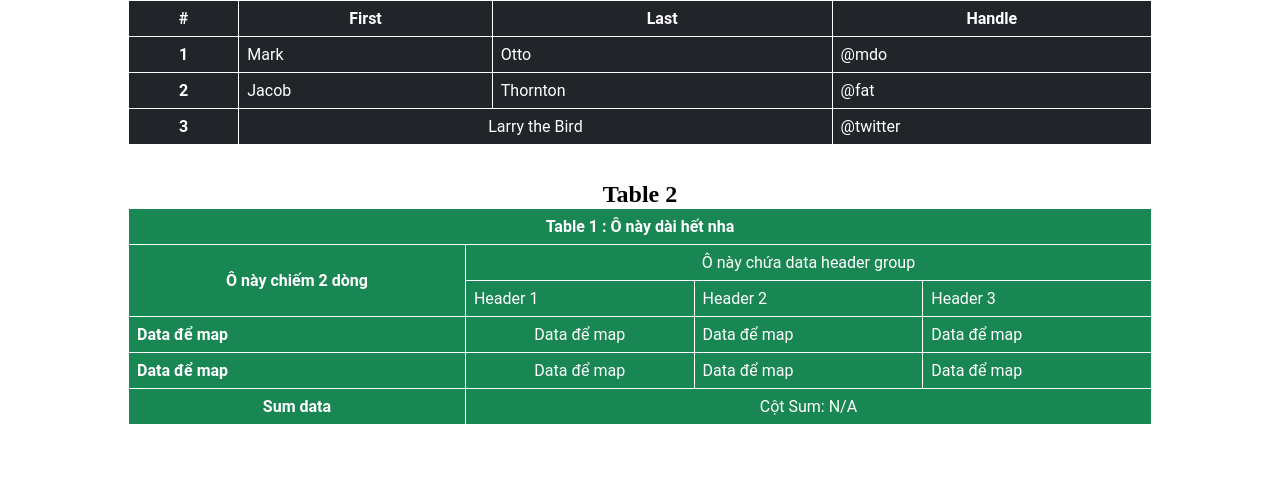
Repository: ThuatDev/BTVN_FE_JUNE
Page: index.html
An editor plug-in stored every save of this project. The page is shown before and after the next save, followed by the edit.
The browser window is 1280 px wide. The pictures show the whole page.

Above is the page before, as saved 2023-08-02 15:42:53.

### index.html
<!DOCTYPE html>
<html lang="en">
  <head>
    <meta charset="UTF-8" />
    <meta name="viewport" content="width=device-width, initial-scale=1.0" />
    <!-- <link
      href="https://cdn.jsdelivr.net/npm/bootstrap@5.0.2/dist/css/bootstrap.min.css"
      rel="stylesheet"
    /> -->
    <title>Document</title>
    <style>
      /* Reset CSS cho tất cả các phần tử */
      * {
        margin: 0;
        padding: 0;
        box-sizing: border-box;
      }

      /* Đặt màu nền và màu chữ cho bảng */
      .bg-dark {
        background-color: #212529;
      }
      .text-white {
        color: #fff;
      }

      /* Đặt font và kích thước chữ cho bảng */
      .table {
        font-family: "Roboto", sans-serif;
        font-size: 16px;
        font-weight: normal;
      }

      /* Áp dụng font-weight "bold" cho các thẻ <th> */
      .table th {
        font-weight: bold;
      }

      /* Đặt border cho bảng */
      .table {
        border-collapse: collapse;
      }

      /* Đặt border và padding cho thẻ <th> và <td> */
      .table th,
      .table td {
        border: 1px solid #fff;
        padding: 8px;
      }

      /* Đặt padding cho thẻ <th> trong thead */
      .table thead th {
        padding: 8px;
      }

      /* Bao bọc bảng trong một container để sử dụng flexbox */
      .table-container {
        display: flex;
        justify-content: center; /* Căn giữa bảng trong màn hình */
      }

      /* Áp dụng chiều rộng 80% cho bảng */
      .table {
        width: 80%;
        margin: 0 auto;
      }
      /* css bang 2  */

      .bg-success {
        background-color: #198754;
      }
      .text-white {
        color: #fff;
      }

      /* Đặt font và kích thước chữ cho bảng */
      .table {
        font-family: "Roboto", sans-serif;
        font-size: 16px;
        font-weight: normal;
      }

      /* Áp dụng font-weight "bold" cho các thẻ <th> */
      .table th {
        font-weight: bold;
      }

      /* Đặt border cho bảng */
      .table {
        border-collapse: collapse;
      }

      /* Đặt border và padding cho thẻ <th> và <td> */
      .table th,
      .table td {
        border: 1px solid #fff;
        padding: 8px;
      }

      /* Đặt padding cho thẻ <th> có rowspan và colspan */
      .table th[colspan],
      .table th[rowspan],
      .table td[colspan],
      .table td[rowspan] {
        padding: 8px;
      }

      /* Đặt padding cho thẻ <td> có colspan */
      .table td[colspan] {
        padding: 8px;
        text-align: center; /* Căn giữa văn bản trong ô có colspan */
      }

      /* Đặt padding cho thẻ <th> trong thead */
      .table thead th {
        padding: 8px;
        text-align: center; /* Căn giữa văn bản trong ô có colspan */
      }

      /* Bao bọc bảng trong một container để sử dụng flexbox */
      .table-container {
        display: flex;
        justify-content: center; /* Căn giữa bảng theo chiều ngang */
        align-items: center; /* Căn giữa bảng theo chiều dọc */
      }

      /* Áp dụng chiều rộng 80% cho bảng */
      .table {
        width: 80%;
      }
      .table-left {
        text-align: left;
      }
    </style>
  </head>
  <body>
    <div class="table-container">
      <table class="table text-white table-bordered bg-dark">
        <thead>
          <tr>
            <th scope="col">#</th>
            <th scope="col">First</th>
            <th scope="col">Last</th>
            <th scope="col">Handle</th>
          </tr>
        </thead>
        <tbody>
          <tr>
            <th scope="row">1</th>
            <td>Mark</td>
            <td>Otto</td>
            <td>@mdo</td>
          </tr>
          <tr>
            <th scope="row">2</th>
            <td>Jacob</td>
            <td>Thornton</td>
            <td>@fat</td>
          </tr>
          <tr>
            <th scope="row">3</th>
            <td colspan="2">Larry the Bird</td>
            <td>@twitter</td>
          </tr>
        </tbody>
      </table>
    </div>
    <br />
    <br />
    <h2 style="text-align: center">Table 2</h2>
    <table class="table text-white table-bordered bg-success">
      <thead>
        <tr>
          <th scope="col" colspan="12" class="text-center">
            Table 1 : Ô này dài hết nha
          </th>
        </tr>
      </thead>
      <tbody>
        <tr>
          <th scope="row" rowspan="2">Ô này chiếm 2 dòng</th>
          <td colspan="3" class="text-center">Ô này chứa data header group</td>
        </tr>
        <tr>
          <td>Header 1</td>
          <td>Header 2</td>
          <td>Header 3</td>
        </tr>
        <tr class="table-left">
          <th scope="row">Data để map</th>
          <td colspan="1">Data để map</td>
          <td>Data để map</td>
          <td>Data để map</td>
        </tr>
        <tr class="table-left">
          <th scope="row">Data để map</th>
          <td colspan="1">Data để map</td>
          <td>Data để map</td>
          <td>Data để map</td>
        </tr>
        <tr>
          <th scope="row">Sum data</th>
          <td colspan="12" class="text-center">Cột Sum: N/A</td>
        </tr>
      </tbody>
    </table>
  </body>
</html>

After the next save:
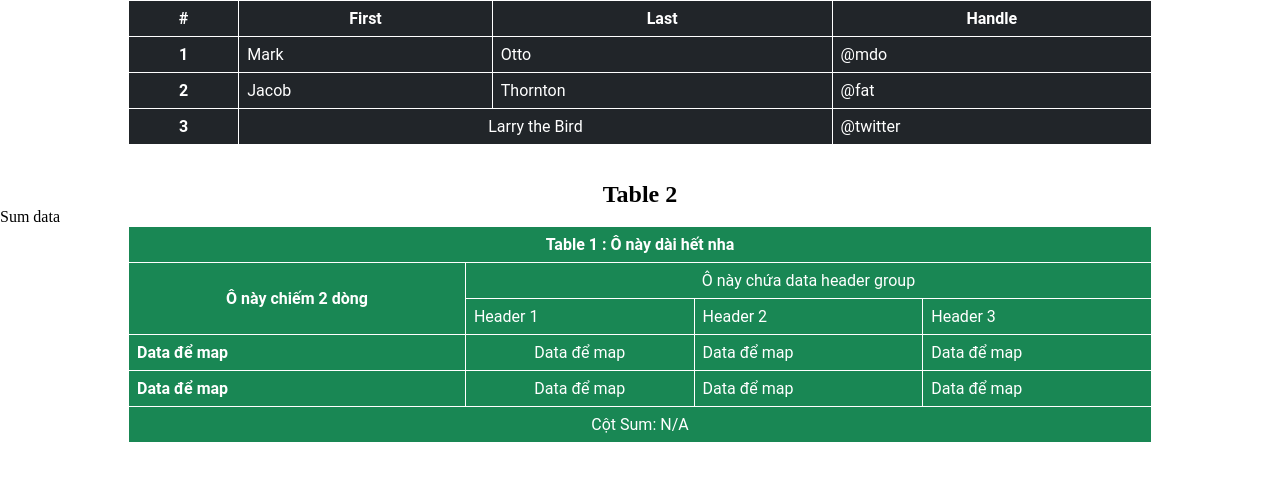
Saved 13 s later.
--- a/index.html
+++ b/index.html
@@ -198,7 +198,7 @@
           <td>Data để map</td>
           <td>Data để map</td>
         </tr>
-        <tr>
+        <tr class="table-left"
           <th scope="row">Sum data</th>
           <td colspan="12" class="text-center">Cột Sum: N/A</td>
         </tr>

After the save that followed:
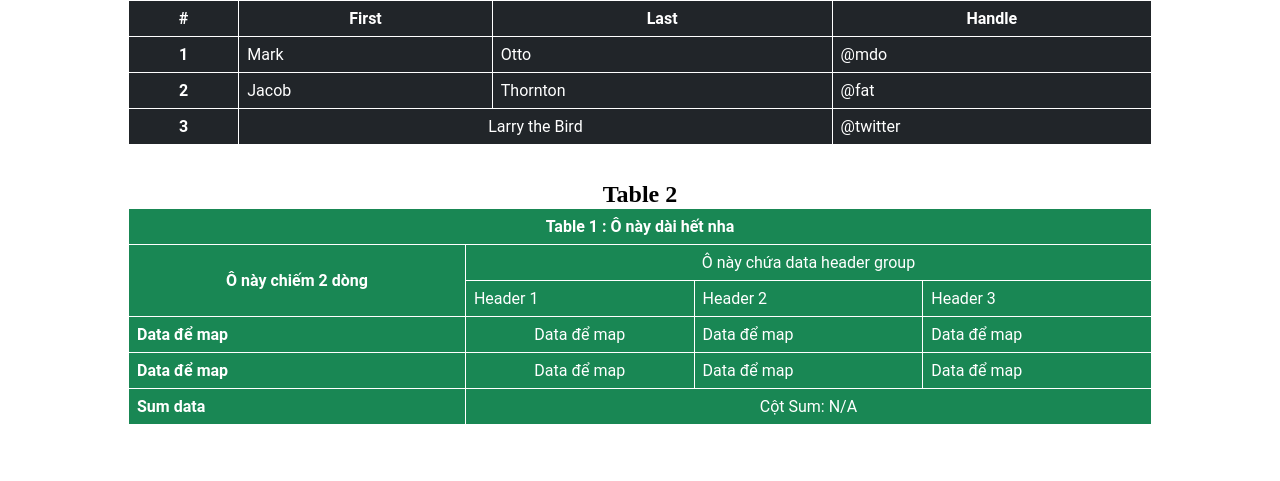
Saved 7 s later.
--- a/index.html
+++ b/index.html
@@ -198,7 +198,7 @@
           <td>Data để map</td>
           <td>Data để map</td>
         </tr>
-        <tr class="table-left"
+        <tr class="table-left">
           <th scope="row">Sum data</th>
           <td colspan="12" class="text-center">Cột Sum: N/A</td>
         </tr>
